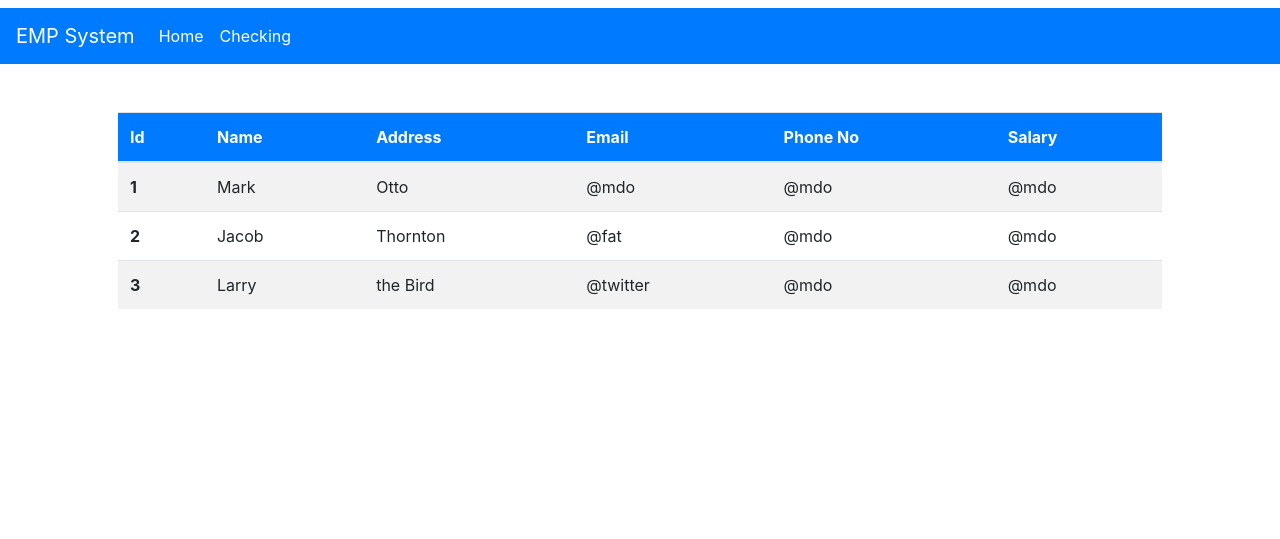
Repository: prateek-000/Employee_management
Page: http://localhost/add_emp
The author's editor kept a copy of each file at every save. The page is drawn from the files as they stood at one save, then again after the next save.
The browser window is 1280 px wide. The pictures show the whole page.
Some web libraries are served in a nearby version. The page is this project's Thymeleaf template; nobody is signed in. The template is opened directly, without the code that normally fills it, so the values that code supplies are empty.

Above is the page before, as saved 2023-01-26 23:36:15.

### Employee_M/src/main/resources/templates/add_emp.html
<!doctype html>
<html lang="en">
  <head>
    <!-- Required meta tags -->
    <meta charset="utf-8">
    <meta name="viewport" content="width=device-width, initial-scale=1, shrink-to-fit=no">

    <!-- Bootstrap CSS -->
    <link rel="stylesheet" href="https://cdn.jsdelivr.net/npm/bootstrap@4.0.0/dist/css/bootstrap.min.css" integrity="sha384-Gn5384xqQ1aoWXA+058RXPxPg6fy4IWvTNh0E263XmFcJlSAwiGgFAW/dAiS6JXm" crossorigin="anonymous">

    <title>Helo</title>
  </head>
  <body>
    <h1>
</h1>



<nav class="navbar navbar-expand-lg navbar-dark bg-primary">
  <a class="navbar-brand" href="#">EMP System</a>
  <button class="navbar-toggler" type="button" data-toggle="collapse" data-target="#navbarSupportedContent" aria-controls="navbarSupportedContent" aria-expanded="false" aria-label="Toggle navigation">
    <span class="navbar-toggler-icon"></span>
  </button>

  <div class="collapse navbar-collapse" id="navbarSupportedContent">
    <ul class="navbar-nav mr-auto">
      <li class="nav-item active">
        <a class="nav-link" href="#">Home <span class="sr-only">(current)</span></a>
      </li>


      <li class="nav-item">
        <a class="nav-link active" href="check">Checking</a>
      </li>
    </ul>

  </div>
</nav>

<div class="container p-5" >

<table class="table table-striped">
  <thead class="bg-primary text-white">
    <tr>
      <th scope="col">Id</th>
      <th scope="col">Name</th>
      <th scope="col">Address</th>
      <th scope="col">Email</th>
      <th scope="col">Phone No</th>
      <th scope="col">Salary</th>
    </tr>
  </thead>
  <tbody>
    <tr>
      <th scope="row">1</th>
      <td>Mark</td>
      <td>Otto</td>
      <td>@mdo</td>
      <td>@mdo</td>
      <td>@mdo</td>

    </tr>
    <tr>
      <th scope="row">2</th>
      <td>Jacob</td>
      <td>Thornton</td>
      <td>@fat</td>
      <td>@mdo</td>
      <td>@mdo</td>

    </tr>
    <tr>
      <th scope="row">3</th>
      <td>Larry</td>
      <td>the Bird</td>
      <td>@twitter</td>
      <td>@mdo</td>
      <td>@mdo</td>

    </tr>
  </tbody>
</table>

</div>

    <!-- Optional JavaScript -->
    <!-- jQuery first, then Popper.js, then Bootstrap JS -->
    <script src="https://code.jquery.com/jquery-3.2.1.slim.min.js" integrity="sha384-KJ3o2DKtIkvYIK3UENzmM7KCkRr/rE9/Qpg6aAZGJwFDMVNA/GpGFF93hXpG5KkN" crossorigin="anonymous"></script>
    <script src="https://cdn.jsdelivr.net/npm/popper.js@1.12.9/dist/umd/popper.min.js" integrity="sha384-ApNbgh9B+Y1QKtv3Rn7W3mgPxhU9K/ScQsAP7hUibX39j7fakFPskvXusvfa0b4Q" crossorigin="anonymous"></script>
    <script src="https://cdn.jsdelivr.net/npm/bootstrap@4.0.0/dist/js/bootstrap.min.js" integrity="sha384-JZR6Spejh4U02d8jOt6vLEHfe/JQGiRRSQQxSfFWpi1MquVdAyjUar5+76PVCmYl" crossorigin="anonymous"></script>
  </body>
</html>

After the next save:
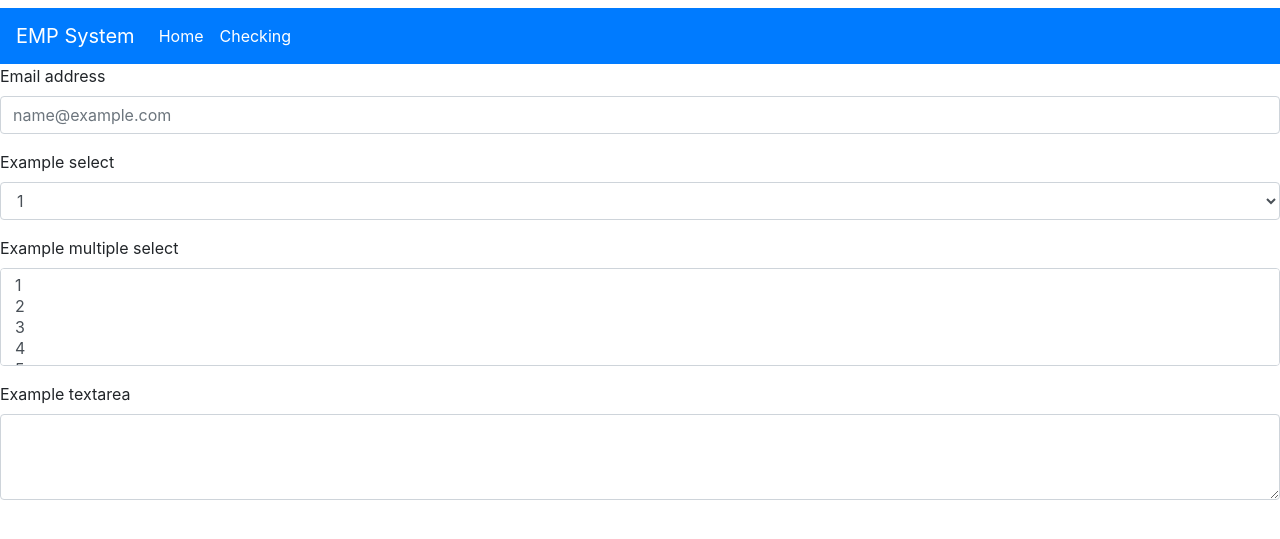
Saved 67 s later.
--- a/Employee_M/src/main/resources/templates/add_emp.html
+++ b/Employee_M/src/main/resources/templates/add_emp.html
@@ -37,52 +37,36 @@
   </div>
 </nav>
 
-<div class="container p-5" >
-
-<table class="table table-striped">
-  <thead class="bg-primary text-white">
-    <tr>
-      <th scope="col">Id</th>
-      <th scope="col">Name</th>
-      <th scope="col">Address</th>
-      <th scope="col">Email</th>
-      <th scope="col">Phone No</th>
-      <th scope="col">Salary</th>
-    </tr>
-  </thead>
-  <tbody>
-    <tr>
-      <th scope="row">1</th>
-      <td>Mark</td>
-      <td>Otto</td>
-      <td>@mdo</td>
-      <td>@mdo</td>
-      <td>@mdo</td>
-
-    </tr>
-    <tr>
-      <th scope="row">2</th>
-      <td>Jacob</td>
-      <td>Thornton</td>
-      <td>@fat</td>
-      <td>@mdo</td>
-      <td>@mdo</td>
-
-    </tr>
-    <tr>
-      <th scope="row">3</th>
-      <td>Larry</td>
-      <td>the Bird</td>
-      <td>@twitter</td>
-      <td>@mdo</td>
-      <td>@mdo</td>
-
-    </tr>
-  </tbody>
-</table>
-
-</div>
-
+<form>
+  <div class="form-group">
+    <label for="exampleFormControlInput1">Email address</label>
+    <input type="email" class="form-control" id="exampleFormControlInput1" placeholder="name@example.com">
+  </div>
+  <div class="form-group">
+    <label for="exampleFormControlSelect1">Example select</label>
+    <select class="form-control" id="exampleFormControlSelect1">
+      <option>1</option>
+      <option>2</option>
+      <option>3</option>
+      <option>4</option>
+      <option>5</option>
+    </select>
+  </div>
+  <div class="form-group">
+    <label for="exampleFormControlSelect2">Example multiple select</label>
+    <select multiple class="form-control" id="exampleFormControlSelect2">
+      <option>1</option>
+      <option>2</option>
+      <option>3</option>
+      <option>4</option>
+      <option>5</option>
+    </select>
+  </div>
+  <div class="form-group">
+    <label for="exampleFormControlTextarea1">Example textarea</label>
+    <textarea class="form-control" id="exampleFormControlTextarea1" rows="3"></textarea>
+  </div>
+</form>
     <!-- Optional JavaScript -->
     <!-- jQuery first, then Popper.js, then Bootstrap JS -->
     <script src="https://code.jquery.com/jquery-3.2.1.slim.min.js" integrity="sha384-KJ3o2DKtIkvYIK3UENzmM7KCkRr/rE9/Qpg6aAZGJwFDMVNA/GpGFF93hXpG5KkN" crossorigin="anonymous"></script>
